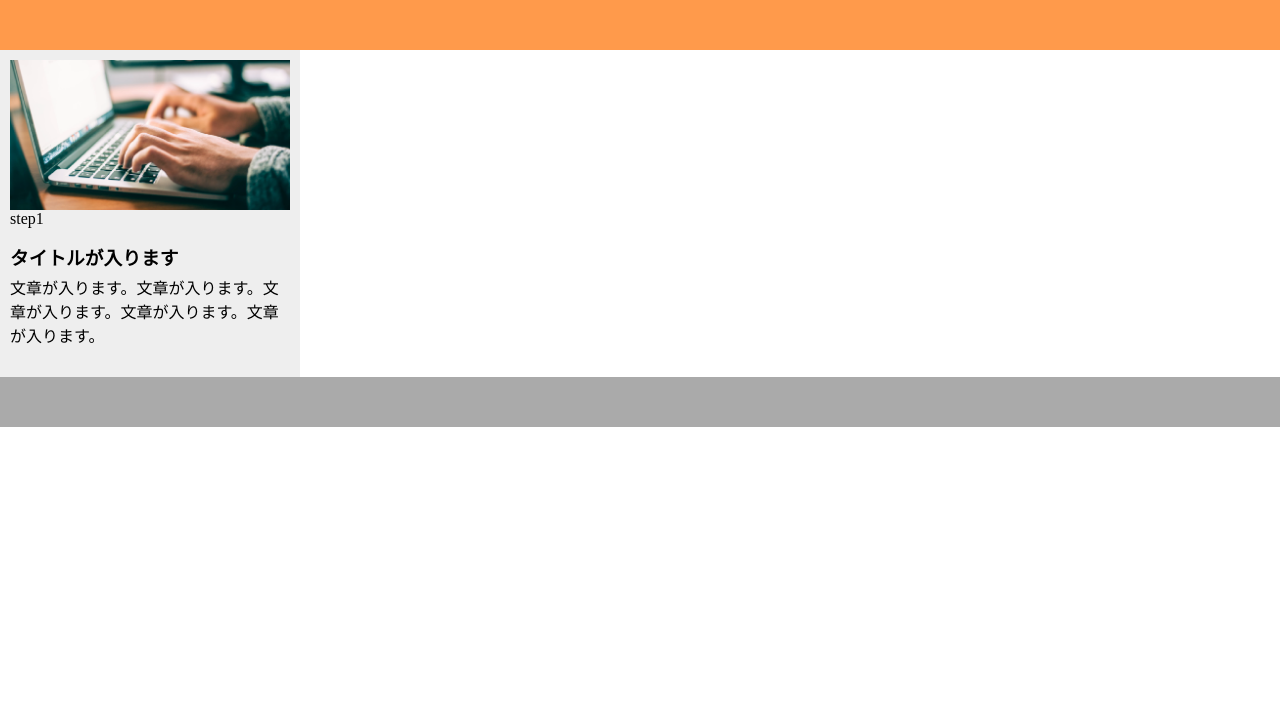
Repository: trmtmy/debug2
Page: chapter9/chapter9.html
The author's editor kept a record of every edit. The page is drawn from the files as they stood at one moment, then again after the next edit.
The browser window is 1280 px wide. The pictures show the whole page.
Some web libraries are served in a nearby version.

Above is the page before.

### chapter9/chapter9.html
<!DOCTYPE html>
<html lang="ja">
  <head>
    <meta charset="UTF-8" />
    <!-- FontAwesomeの読み込み -->
    <script src="https://kit.fontawesome.com/0393e2e04e.js" crossorigin="anonymous"></script>
    <!-- CSSファイルの読み込み -->
    <link rel="stylesheet" href="chapter9.css" />
    <title>9章</title>
  </head>

  <body>

<header>
  <div class="header"></div>
</header>

<div class="main">
  <div class="box">
    <div class="img1"></div>
    <span class="step1">step1</span>
    <h3 class="title">タイトルが入ります</h3>
    <p class="text">文章が入ります。文章が入ります。文章が入ります。文章が入ります。文章が入ります。</p>
  </div>

  <div class="box">

  </div>

  <div class="box3">

  </div>

</main>

<footer>
  <div class="footer">

  </div>
</footer>

  </body>
</html>

<a href="mailto:"></a>

### chapter9/chapter9.css
*{
  margin: 0;
  padding:  0;
  box-sizing: border-box;
}

header {
  background-color: #FF9A4B;
  height: 50px;
}

main {
width: 960px;
margin: 50px auto;
display: flex;
}

.box {
  width: 300px;
  margin-right: 30px;
  padding: 10px;
  position: relative;
  background-color: #EEEEEE;
}

.box:last-child {
  margin-right: 0;
}



.img1 {
  height: 150px;
  background-image: url(flow01.png);
  background-size: cover;
  background-position: bottom;
}


.img2 {
  height: 150px;
  background-image: url(flow02.png);
  background-size: cover;
  background-position: bottom;
}

.img3 {
  height: 150px;
  background-image: url(flow03.png);
  background-size: cover;
  background-position: bottom;
}

.step {
  position: absolute;
  top: 0;
  left: 0;
  background-color: #ff9a4b;
  color: #fff;
}

.title {
  margin: 15px 0 5px;
}

.footer {
  background-color: #AAAAAA;
  height: 50px;
}

@media screen and (max-width: 768px) {

  header {
    width: 100%;
  }

  main {
    width: 100%;
  display: block;
  margintop: 50px;

  }

  .box {
    width: 90%;
    margin: 0 auto;

  }

  .img1 {
    width:100%;
    height: 150px;

  }
  .img2 {
    width: 100%;
    height:150px;

  }
  .img3 {
    width: 100%;
    height: 150px;

  }

  .title {
    width: 100%;
  }

  footer {
    width: 100%;
  }
}

After the next edit:
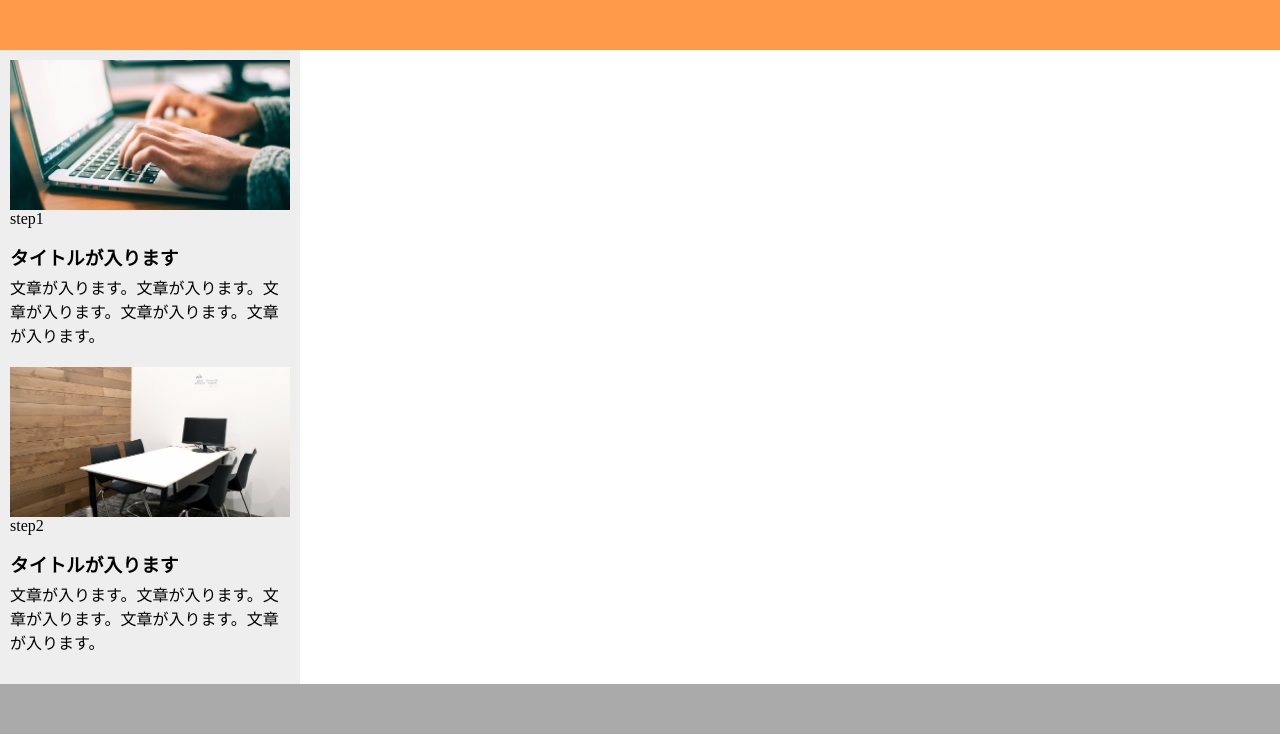
The edit:
--- a/chapter9/chapter9.html
+++ b/chapter9/chapter9.html
@@ -24,10 +24,14 @@
   </div>
 
   <div class="box">
-
+    <div class="img2"></div>
+    <span class="step1">step2</span>
+    <h3 class="title">タイトルが入ります</h3>
+    <p class="text">文章が入ります。文章が入ります。文章が入ります。文章が入ります。文章が入ります。</p>
+  </div>
   </div>
 
-  <div class="box3">
+  <div class="box">
 
   </div>
 
